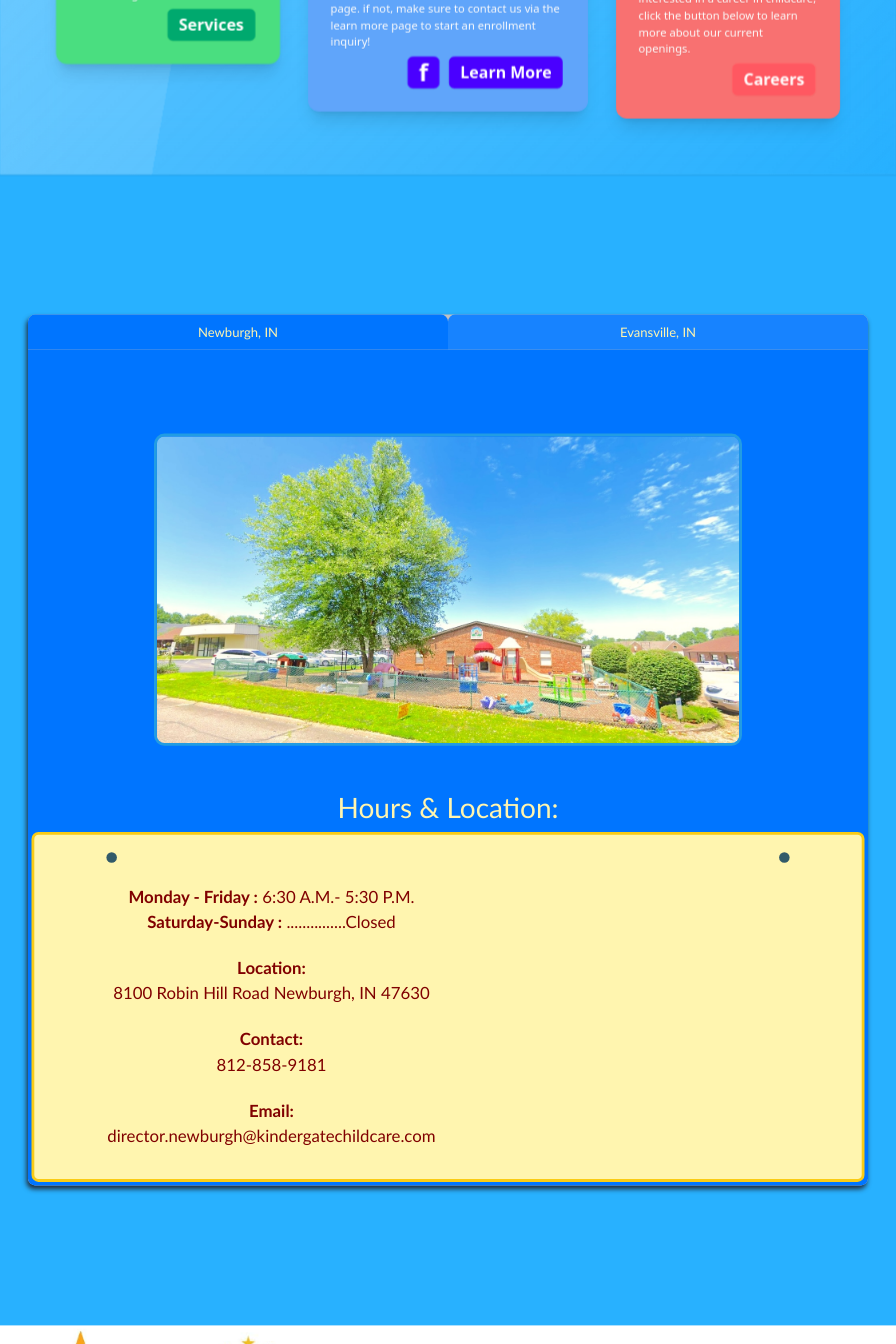
Repository: Parkerboling1/Kindergate-Final-Copy-copy
Page: index.html
The author's editor kept a copy of each file at every save. The page is drawn from the files as they stood at one save, then again after the next save.
The browser window is 1280 px wide. The pictures show the part of the page from y = 1978 to 3898 px (the page is 4086 px tall before and 4610 px after), at 70% of full size.
Pictures or frames that could not be fetched are drawn as grey boxes. Some web libraries are served in a nearby version.

Above is the page before, as saved 2024-06-04 12:28:18.
Console error: TypeError: Cannot read properties of null (reading 'addEventListener')

After the next save:
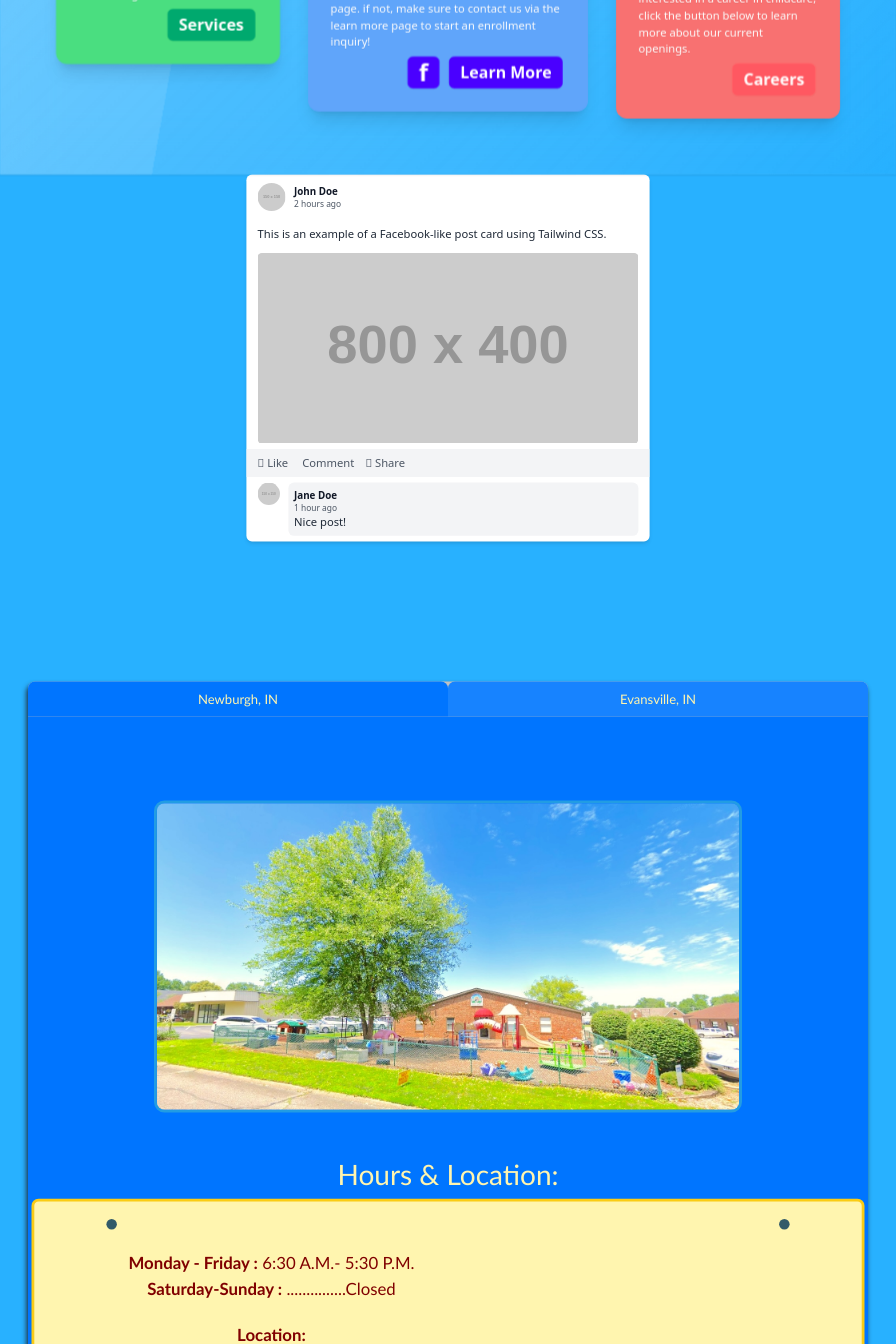
Saved 6 min 38 s later.
--- a/index.html
+++ b/index.html
@@ -204,6 +204,46 @@
 
 
       </div>
+      <div class="max-w-xl mx-auto bg-white rounded-lg shadow-md overflow-hidden">
+        <div class="flex items-center px-4 py-3">
+            <img class="h-10 w-10 rounded-full" src="https://via.placeholder.com/150" alt="Profile Picture">
+            <div class="ml-3">
+                <div class="text-sm font-semibold text-gray-900">John Doe</div>
+                <div class="text-xs text-gray-600">2 hours ago</div>
+            </div>
+        </div>
+        <div class="px-4 py-2">
+            <p class="text-gray-800">This is an example of a Facebook-like post card using Tailwind CSS.</p>
+        </div>
+        <div class="px-4 py-2">
+            <img class="w-full h-auto rounded-md" src="https://via.placeholder.com/800x400" alt="Post Image">
+        </div>
+        <div class="flex items-center justify-between px-4 py-2 bg-gray-100">
+            <div class="flex items-center space-x-4">
+                <button class="flex items-center text-gray-600 hover:text-blue-600">
+                    <i class="far fa-thumbs-up mr-1"></i> Like
+                </button>
+                <button class="flex items-center text-gray-600 hover:text-blue-600">
+                    <i class="far fa-comment-alt mr-1"></i> Comment
+                </button>
+                <button class="flex items-center text-gray-600 hover:text-blue-600">
+                    <i class="fas fa-share mr-1"></i> Share
+                </button>
+            </div>
+        </div>
+        <div class="px-4 py-2">
+            <div class="flex items-start">
+                <img class="h-8 w-8 rounded-full" src="https://via.placeholder.com/150" alt="Commenter Picture">
+                <div class="ml-3 w-full">
+                    <div class="bg-gray-100 p-2 rounded-lg">
+                        <div class="text-sm font-semibold text-gray-900">Jane Doe</div>
+                        <div class="text-xs text-gray-600">1 hour ago</div>
+                        <p class="text-gray-800">Nice post!</p>
+                    </div>
+                </div>
+            </div>
+        </div>
+    </div>
 
 
       <div class="tabbackground" id="targetElement2">
